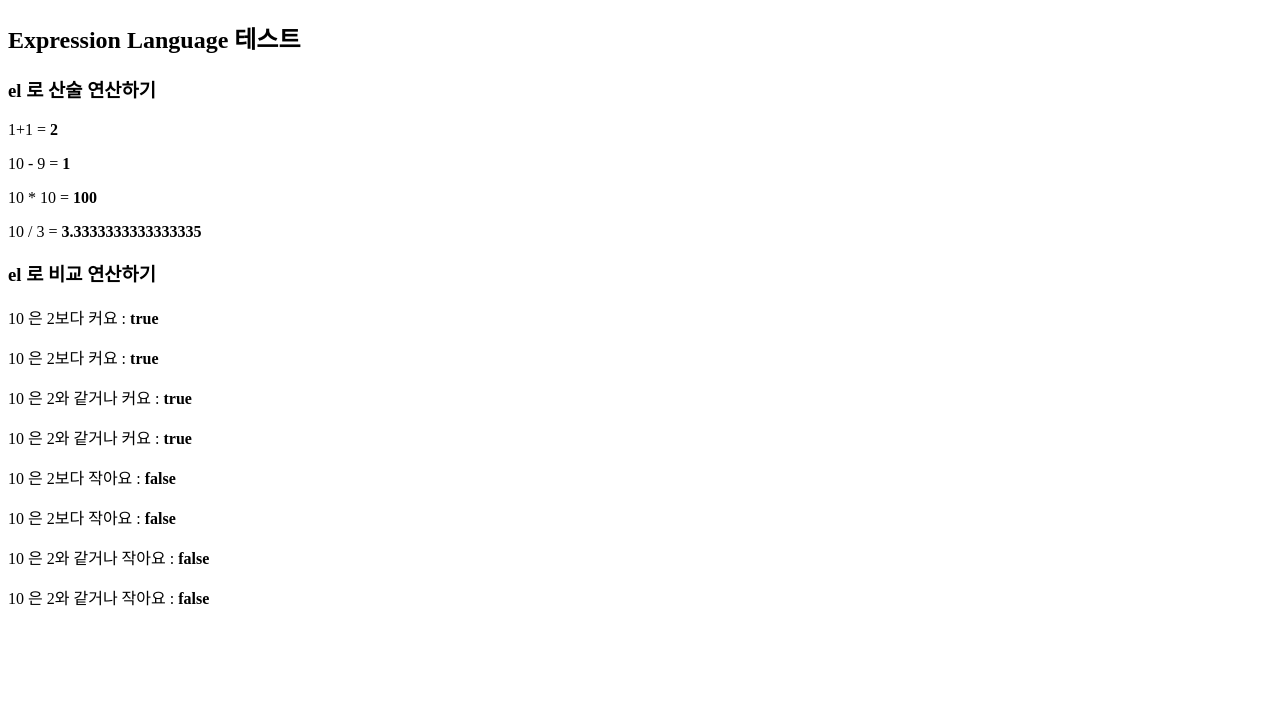
Repository: hyunhee7/web_work
Page: http://localhost/Step16_EL/hello.jsp
The author's editor kept a copy of each file at every save. The page is drawn from the files as they stood at one save, then again after the next save.
The browser window is 1280 px wide. The pictures show the whole page.
The page is served by Tomcat 9.

Above is the page before, as saved 2017-07-12 00:59:35.

### Step16_EL/WebContent/hello.jsp
<%@ page language="java" contentType="text/html; charset=UTF-8"
    pageEncoding="UTF-8"%>
<!DOCTYPE html PUBLIC "-//W3C//DTD HTML 4.01 Transitional//EN" "http://www.w3.org/TR/html4/loose.dtd">
<html>
<head>
<meta http-equiv="Content-Type" content="text/html; charset=UTF-8">
<title>hello.jsp</title>
</head>
<body>
<h2>Expression Language 테스트</h2>
<h3>el 로 산술 연산하기</h3>
<p>1+1 = <strong>${1+1 }</strong></p>
<p>10 - 9 = <strong>${10-9 }</strong></p>
<p>10 * 10 = <strong>${10*10 }</strong></p>
<p>10 / 3 = <strong>${10/3 }</strong></p>

<h3>el 로 비교 연산하기</h3>
<p>10 은 2보다 커요 : <strong>${10 > 2 }</strong></p>
<p>10 은 2보다 커요 : <strong>${10 gt 2 }</strong></p>
<p>10 은 2와 같거나 커요 : <strong>${10 >= 2 }</strong></p>
<p>10 은 2와 같거나 커요 : <strong>${10 ge 2 }</strong></p>
<p>10 은 2보다 작아요 : <strong>${10 < 2 }</strong></p>
<p>10 은 2보다 작아요 : <strong>${10 lt 2 }</strong></p>
<p>10 은 2와 같거나 작아요 : <strong>${10 <= 2 }</strong></p>
<p>10 은 2와 같거나 작아요 : <strong>${10 le 2 }</strong></p>
</body>
</html>

After the next save:
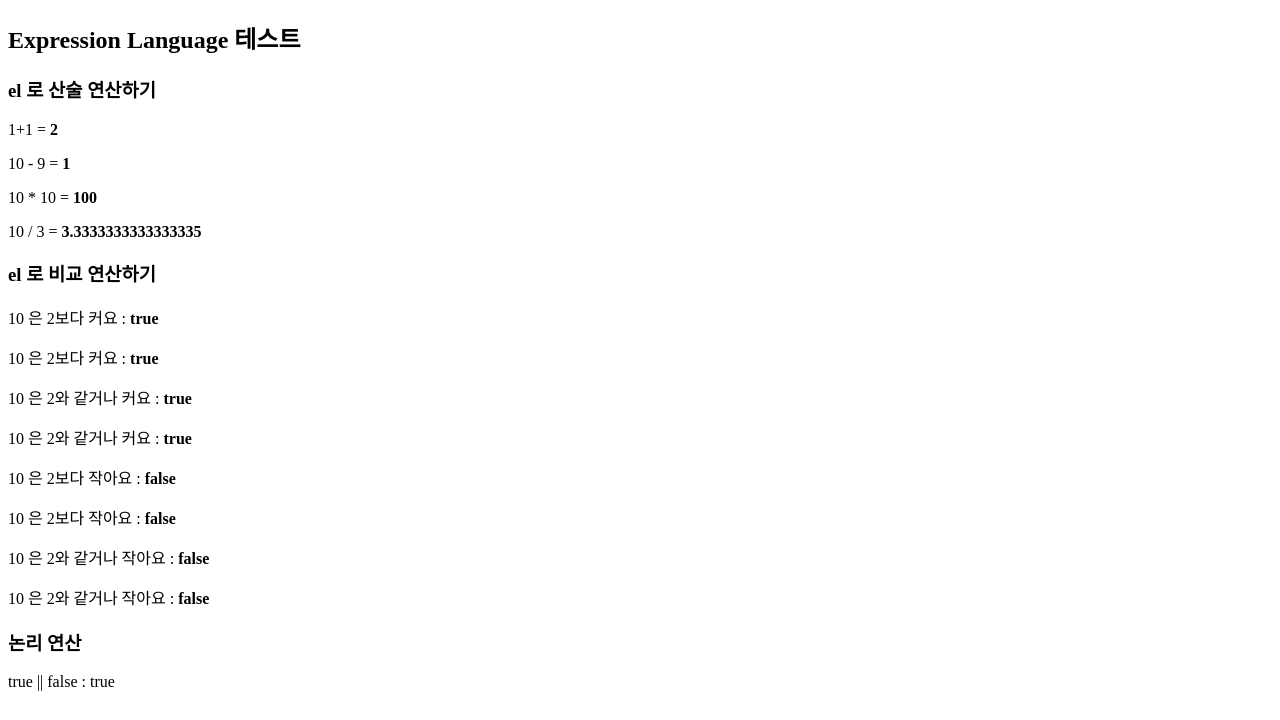
Saved 5 min 25 s later.
--- a/Step16_EL/WebContent/hello.jsp
+++ b/Step16_EL/WebContent/hello.jsp
@@ -23,5 +23,8 @@
 <p>10 은 2보다 작아요 : <strong>${10 lt 2 }</strong></p>
 <p>10 은 2와 같거나 작아요 : <strong>${10 <= 2 }</strong></p>
 <p>10 은 2와 같거나 작아요 : <strong>${10 le 2 }</strong></p>
+
+<h3>논리 연산</h3>
+<p> true || false : ${true || false }</p>
 </body>
 </html>
